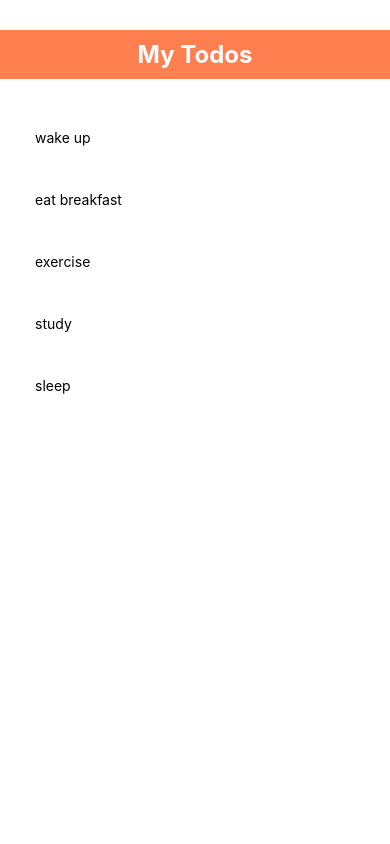
Repository: shiv0403/React-native-tutorial
Screen: /
The author's editor kept a copy of each file at every save. The screen is drawn from the files as they stood at one save, then again after a run of saves.
The app was drawn by React Native's web renderer in a window 390 px wide. The project was rebuilt for these pictures with package versions that can differ from the ones it lists, and the page was loaded fresh each time.

Above is the screen before, as saved 2021-02-11 09:30:58.

### App.js
import React, { useState } from "react";
import {
  FlatList,
  StyleSheet,
  Text,
  TouchableOpacity,
  View,
} from "react-native";
import Header from "./components/Header";
import TodoItem from "./components/TodoItem";

export default function App() {
  const [todo, setTodo] = useState([
    { text: "wake up", key: "1" },
    { text: "eat breakfast", key: "2" },
    { text: "exercise", key: "3" },
    { text: "study", key: "4" },
    { text: "sleep", key: "5" },
  ]);

  return (
    <View style={styles.container}>
      <Header />
      <View style={styles.content}>
        {/* to form */}
        <View style={styles.list}>
          <FlatList
            data={todo}
            keyExtractor={(item) => item.key}
            renderItem={({ item }) => {
              return <TodoItem item={item} />;
            }}
          />
        </View>
      </View>
    </View>
  );
}

const styles = StyleSheet.create({
  container: {
    flex: 1,
    backgroundColor: "#fff",
    marginTop: 30,
  },
  list: {
    margin: 20,
  },
});

### components/Header.js
import React, { useState } from "react";
import { StyleSheet, Text, View } from "react-native";

export default function Header() {
  return (
    <View style={styles.header}>
      <Text style={styles.title}>My Todos</Text>
    </View>
  );
}

const styles = StyleSheet.create({
  header: {
    padding: 10,
    backgroundColor: "coral",
  },
  title: {
    textAlign: "center",
    fontSize: 24,
    fontWeight: "bold",
    color: "#fff",
  },
});

### components/TodoItem.js
import React, { useState } from "react";
import { StyleSheet, Text, TouchableOpacity, View } from "react-native";

export default function TodoItem({ item }) {
  return (
    <TouchableOpacity>
      <Text style={styles.item}>{item.text}</Text>
    </TouchableOpacity>
  );
}

const styles = StyleSheet.create({
  item: {
    padding: 15,
    marginTop: 15,
    borderColor: "#333",
  },
});

After the next 2 saves:
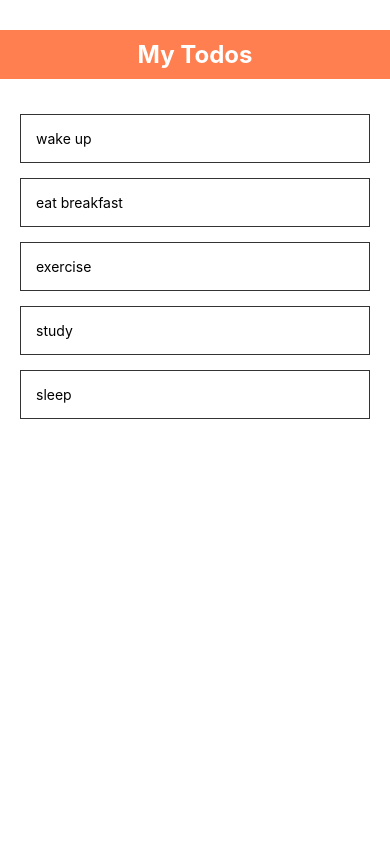
The 2 saves are shown as one change because they came seconds apart.
The last was saved 20 s later.
--- a/components/TodoItem.js
+++ b/components/TodoItem.js
@@ -13,6 +13,7 @@ const styles = StyleSheet.create({
   item: {
     padding: 15,
     marginTop: 15,
+    borderWidth: 1,
     borderColor: "#333",
   },
 });
